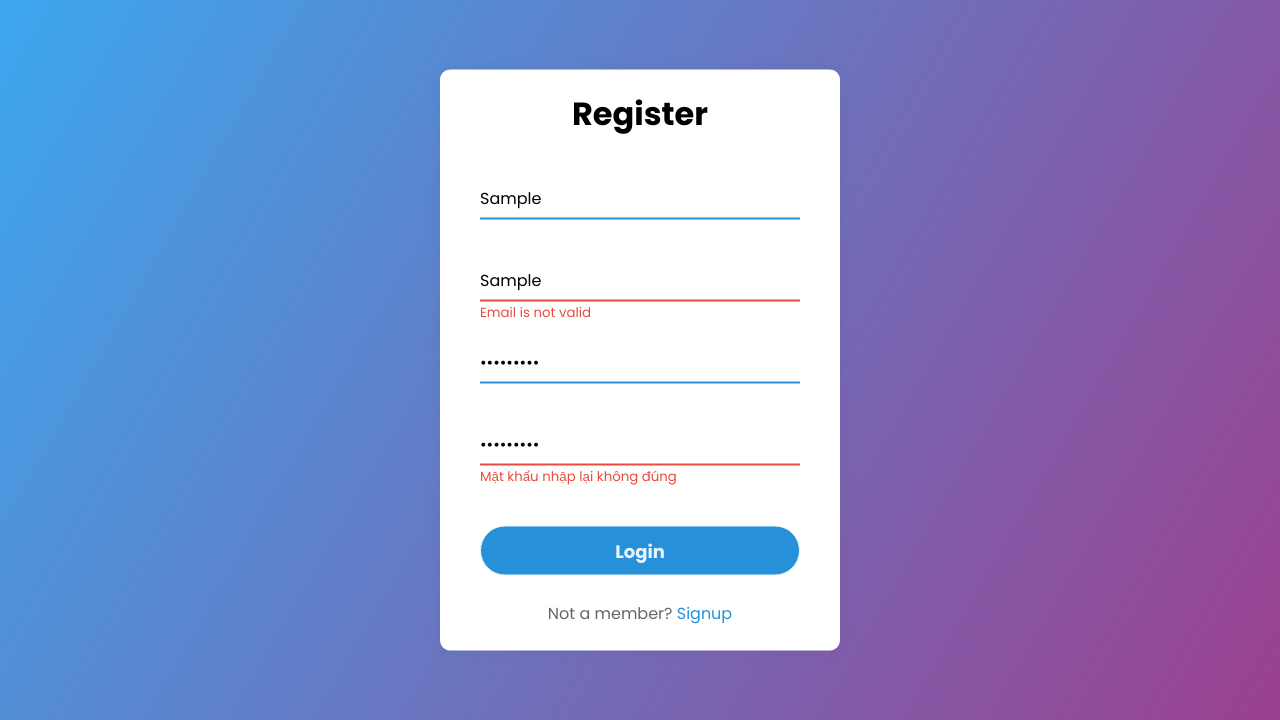
Repository: HoanTiny/30projects-30day
Page: Day 8/index.html
An editor plug-in stored every save of this project. The page is shown before and after the next save, followed by the edit.
The browser window is 1280 px wide. The pictures show the whole page.
Empty fields were first filled with sample values (such as "Sample", 5 or name@example.com).
After loading, the first visible `form` was submitted once.

Above is the page before, as saved 2021-12-06 14:49:23.

After the next save:
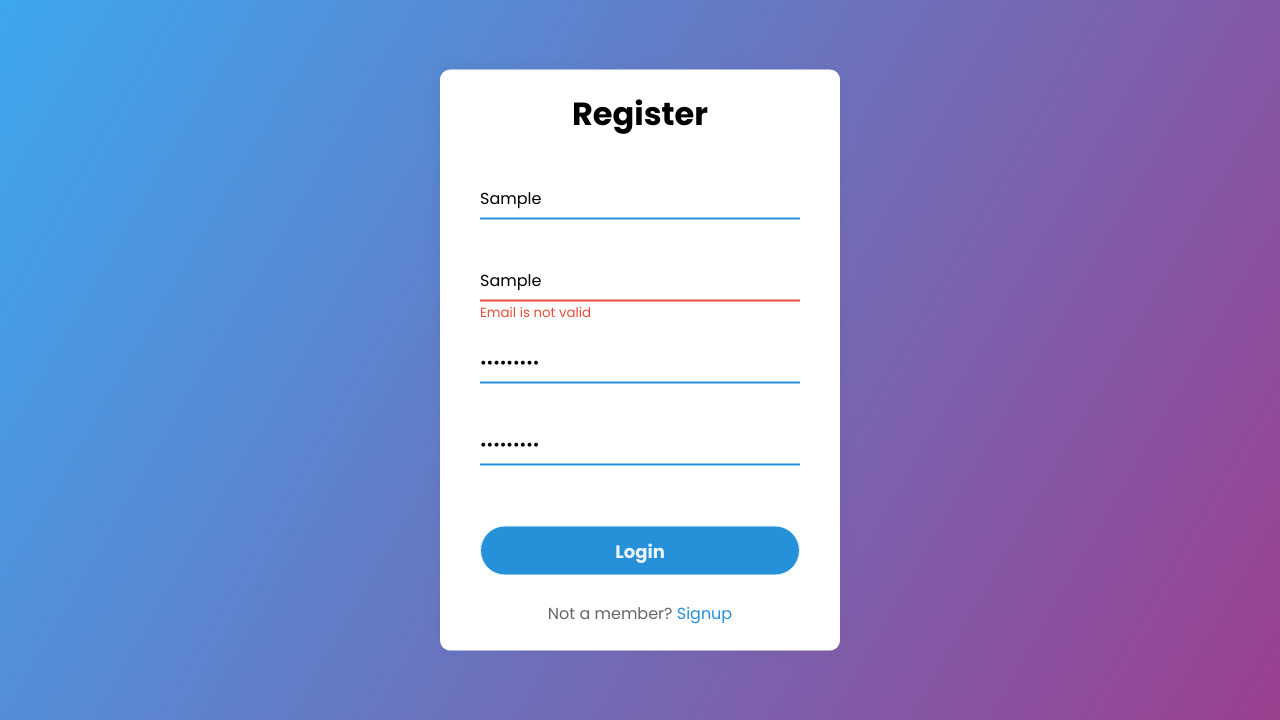
Saved 33 s later.
--- a/Day 8/app.js
+++ b/Day 8/app.js
@@ -47,7 +47,7 @@ function checkpassword(input, min, max) {
 }
 
 function confirmpassword(input, min, max) {
-    if (input.value != password) {
+    if (input.value != password.value) {
         showError(input, "Mật khẩu nhập lại không đúng");
     } else {
         showSuccess(input);
